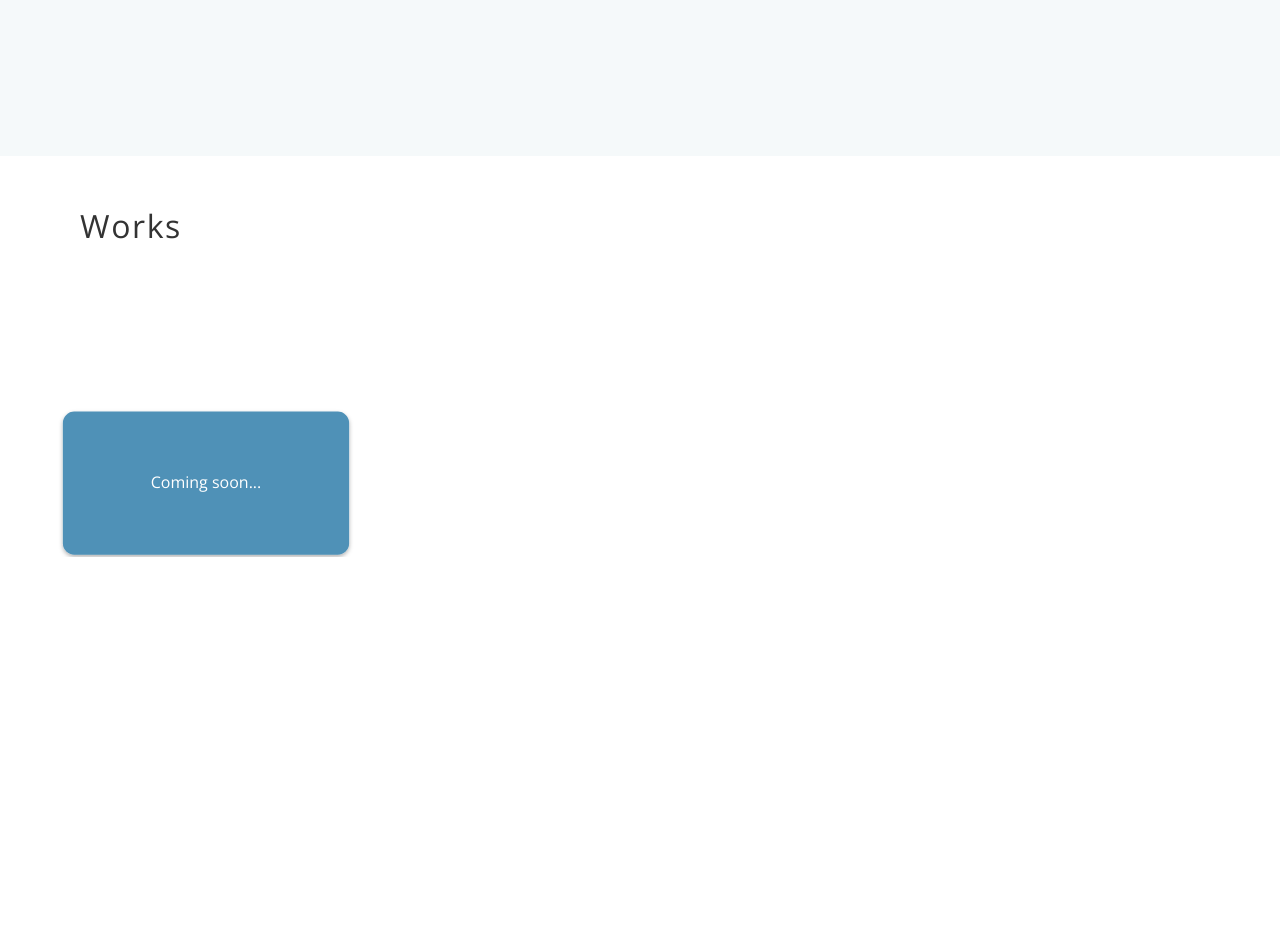
Repository: AirDepot/web
Page: index.html
The author's editor kept a copy of each file at every save. The page is drawn from the files as they stood at one save, then again after the next save.
The browser window is 1280 px wide. The pictures show the part of the page from y = 2624 to 3576 px (the page is 5442 px tall).
A picture or video elsewhere on the page could not be fetched, so the positions and the page height are approximate.

Above is the page before, as saved 2020-02-12 19:32:42.

### index.html
<!DOCTYPE html>
<html lang="ja">
    <head>
        <meta charset="UTF-8">
        <link href="https://fonts.googleapis.com/css?family=Open+Sans:100,300,400,600" rel="stylesheet" type="text/css">
        <link href="http://code.ionicframework.com/ionicons/2.0.1/css/ionicons.min.css" rel="stylesheet" type="text/css">
        <link type="text/css" rel="stylesheet" href="./assets/css/common.css">
        <title>KustomApe</title>
        <meta name=”keywords” content="Python, Web, 映像, 教材, 開発">
        <meta name=”description” content=”Pythonを使ったプロダクト開発のKustomApe。車業界、ストリート映像を軸としたプロダクトDevelopmentユニット。Web開発、データクローリング、映像・写真、プログラミングの教材開発を行っています。”>
    </head>
    <body>
        <div id="wrap">
            <div id="home">
                <header id="header">
                    <h1 id="logo"><a href="#home"><img src="./assets/img/main_logo.svg" alt="KustomApe"></a></h1>
                    <nav id="nav">
                        <ul id="navigations">
                            <li><a href="#about">About</a></li>
                            <li><a href="#products">Products</a></li>
                            <li><a href="#works">Works</a></li>
                            <li><a href="#hackers">Developers</a></li>
                            <li><a href="#contact">Contact</a></li>
                        </ul>
                    </nav>
                </header>
                <div id="header_contents">
                    <p id="ape_icon"><img src="./assets/img/ape_icon.svg" alt="Apeのアイコン画像"></p>
                    <h2 id="concept">Verbalize, makes the best Product.</h2>
                </div>
            </div>
            <div id="about">
                <h3 class="section_titles">About</h3>
                <p id="about_kustomape">KustomApe(カスタムエイプ)はWebをはじめとする車業界、ストリート映像を軸としたDevelopmentユニットです。<br />
                好きを言語化して、プロダクトにすることを得意としています。<br />
                また、自分の生き方の選択肢を広げるため、プログラミング・英語・映像を軸とした教材開発も行っています。<br />
                部品輸入・アパレル輸入・アパレルデザインなども個人に特化した形で提供しております。<br />
                詳しくはProductsをご覧ください。</p>
            </div>
            <div id="products">
                <h3 class="section_titles">Products</h3>
                <section class="box_master">
                    <p class="box">Web Development</p>
                    <p class="box">Data Analytics</p>
                    <p class="box">Street Filming/ Still Photography</p>
                    <p class="box">Education</p>
                </section>
            </div>
            <div id="works">
                <h3 class="section_titles">Works</h3>
                <section class="box_master">
                    <p class="box">Coming soon...</p>
                </section>
            </div>
            <div id="developers">
                <h3 class="section_titles">Developers</h3>
                <p id="profile_pic"><img src="./assets/img/eisuke.svg" alt="Eisukeの画像"></p>
                <div id="profile_desc">
                    <p class="about_eisuke">KustomApe Owner</p>
                    <p class="about_eisuke">Product Design Manager</p>
                    <p class="about_eisuke_bold">Eisuke Nakanishi</p>
                    <p class="about_eisuke">Nissan C35 Laurel</p>
                    <p class="about_eisuke">Python / JavaScript / HTML / CSS / Davinci Resolve Studio16</p>
                </div>
            </div>
            <div id="contact">
                <h3 class="section_titles">Contact</h3>
                <p id="kustomape_contact">お問い合わせはメール[kustomape@gmail.com]または各種SNSのDM、LINE@から受け付けております。</p>
                <section class="box_master">
                    <p class="box_bk"><a target="_blank" class="btn_item" href="https://instagram.com/kustomape">Instagram</a></p>
                    <p class="box_bk"><a target="_blank" class="btn_item" href="https://twitter.com/kustomape">Twitter</a></p>
                    <p class="box_bk"><a target="_blank" class="btn_item" href="https://lin.ee/jkdIlGU">LINE@</a></p>
                </section>
            </div>
            <footer id="footer">
                <small>Copyright &copy; 2020 KustomApe All Rights Reserved.</small>
            </footer>
        </div>
    </body>
</html>

### assets/css/common.css
/**********************************************
*** GENERAL
**********************************************/

* {
    margin: 0;
    padding: 0;
    box-sizing: border-box;
}

.clearfix::after {
    content: "";
    display: table;
    clear: both;
}

html {
    overflow: auto;
}

body {
    color: #333;
    font-family: Open Sans, Arial, Helvetica, sans-serif;
    overflow: hidden;
}

ul {
    list-style: none;
}

a {
    text-decoration: none;
}

div#wrap {
    width: 100%;
    margin-top: -3rem;
}

div#home {
    width: 100%;
    height: 1080px;
    background-image: url(../img/wrap_bg.svg);
    background-position: center top;
    background-repeat: no-repeat;
    background-size: cover;
}

header#header {
    width: 100%;
    height: 150px;
    margin-left: 5rem;
}

header#header h1#logo {
    width: 500px;
    margin-top: 3rem;
}

h1#logo img {
    margin-top: 3rem;
    width: 350px;
}

nav#nav {
    margin-top: -4rem;
}

nav#nav ul#navigations {
    display: flex;
    justify-content: center;
    align-items: center;
    list-style: none;
    margin-left: 43rem;
}

nav#nav ul#navigations li {
    padding-right: 3.5rem;
}

nav#nav ul#navigations li a {
    color: #fff;
}

div#header_contents {
    display: inline-flex;
    margin-left: 5rem;
    padding: 15rem 0;
}

div#header_contents h2#concept {
    padding: 4.5rem 1rem;
    letter-spacing: 0.1rem;
    font-weight: 100;
    font-size: 1.5rem;
}

div#header_contents p#ape_icon img {
    width: 200px;
}

h3.section_titles {
    font-size: 2rem;
    font-weight: 500;
    padding-top: 3rem;
    margin-left: 5rem;
    letter-spacing: 0.1rem;
}

div#about {
    width: 100%;
    height: 850px;
}

div#about p#about_kustomape {
    padding-top: 9rem;
    margin-left: 5rem;
    font-size: 1rem;
    letter-spacing: 0.1rem;
    line-height: 5rem;
}

div#products {
    width: 100%;
    height: 850px;
    background: #F5F9FA;
}

section.box_master {
    display: block;
    width: 1200px;
    margin: 0 auto;
    margin-top: 9rem;
}

div#works {
    width: 100%;
    height: 850px;
}

p.box {
    display: inline-block;
    background-image: url(../img/box_bg.svg);
    background-position: center top;
    background-repeat: no-repeat;
    background-size: cover;
    width: 300px;
    height: 150px;
    color: #fff;
    font-weight: 100;
    text-align: center;
    padding: 4rem 0;
    margin: 1rem;
}


div#developers {
    width: 100%;
    height: 850px;
    background: #F5F9FA;
}

p#profile_pic img {
    display: block;
    width: 300px;
    margin: 0 auto;
    margin-top: 9rem;
}

div#profile_desc {
    margin-top: 3rem;
}

p.about_eisuke {
 text-align: center;
 padding-top: 1rem;
 letter-spacing: 0.1rem;
 font-size: 1rem;
}

p.about_eisuke_bold {
 text-align: center;
 padding-top: 1rem;
 letter-spacing: 0.15rem;
 font-size: 1.3rem;
 font-weight: bold;
}

div#contact {
    width: 100%;
    height: 850px;
}

div#contact p#kustomape_contact {
    padding-top: 7rem;
    margin-left: 5rem;
    font-size: 1rem;
    letter-spacing: 0.1rem;
    line-height: 5rem;
}

p.box_bk {
    display: inline-block;
    background: url('../img/contact_bg.svg');
    background-position: center top;
    background-repeat: no-repeat;
    background-size: cover;
    width: 300px;
    height: 150px;
}

p.box_bk a.btn_item {
    display: block;
    color: #fff;
    font-weight: 100;
    text-align: center;
    margin: 1rem;
    padding: 3rem 0;
}


footer#footer {
    width: 100%;
    height: 7rem;
    background: #285E7F;
}

footer#footer small {
    display: block;
    text-align: center;
    color: #fff;
    padding: 3rem 0;
}

After the next save:
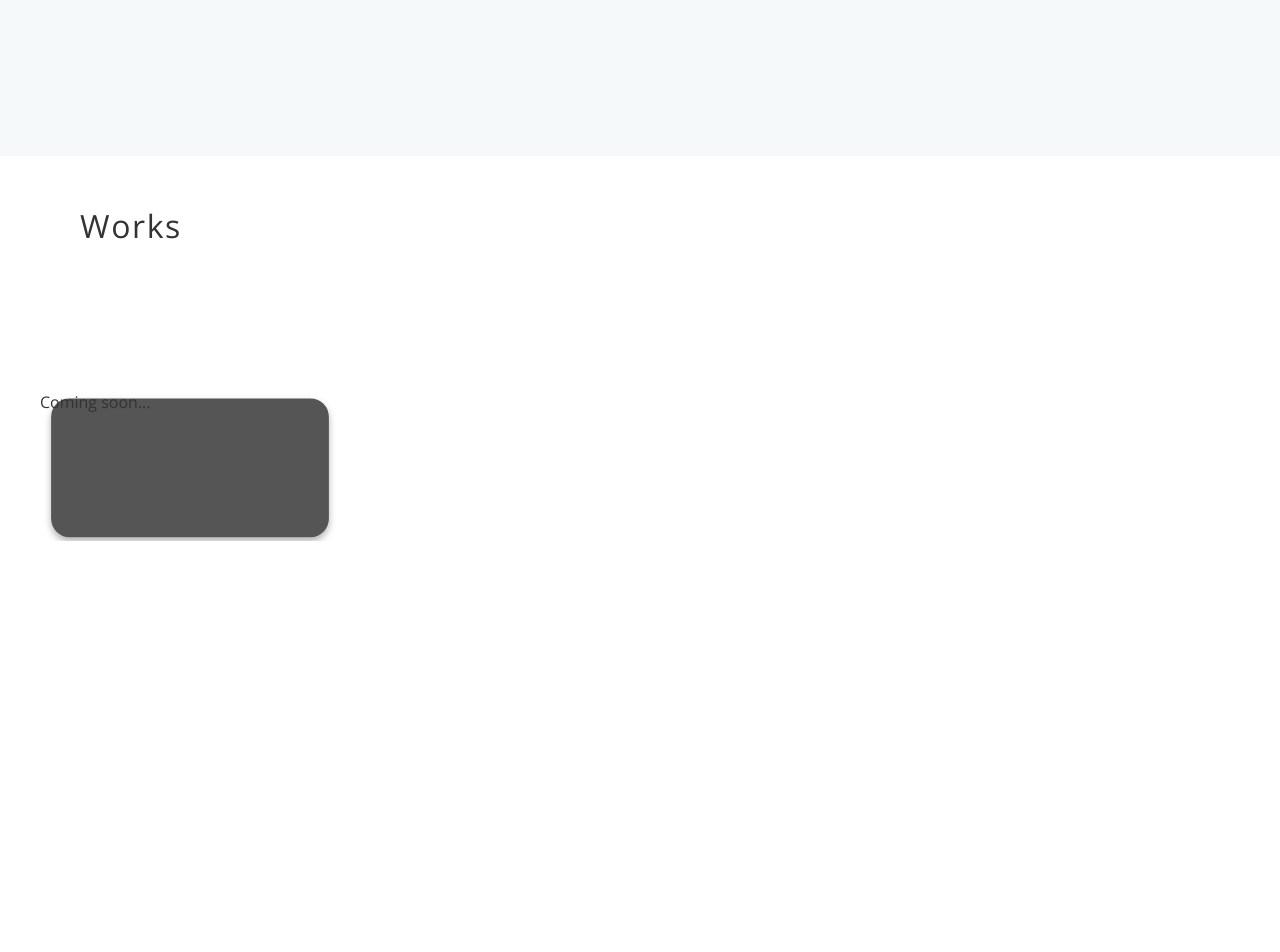
Saved 25 s later.
--- a/index.html
+++ b/index.html
@@ -49,7 +49,7 @@
             <div id="works">
                 <h3 class="section_titles">Works</h3>
                 <section class="box_master">
-                    <p class="box">Coming soon...</p>
+                    <p class="box_bk">Coming soon...</p>
                 </section>
             </div>
             <div id="developers">

After the save that followed:
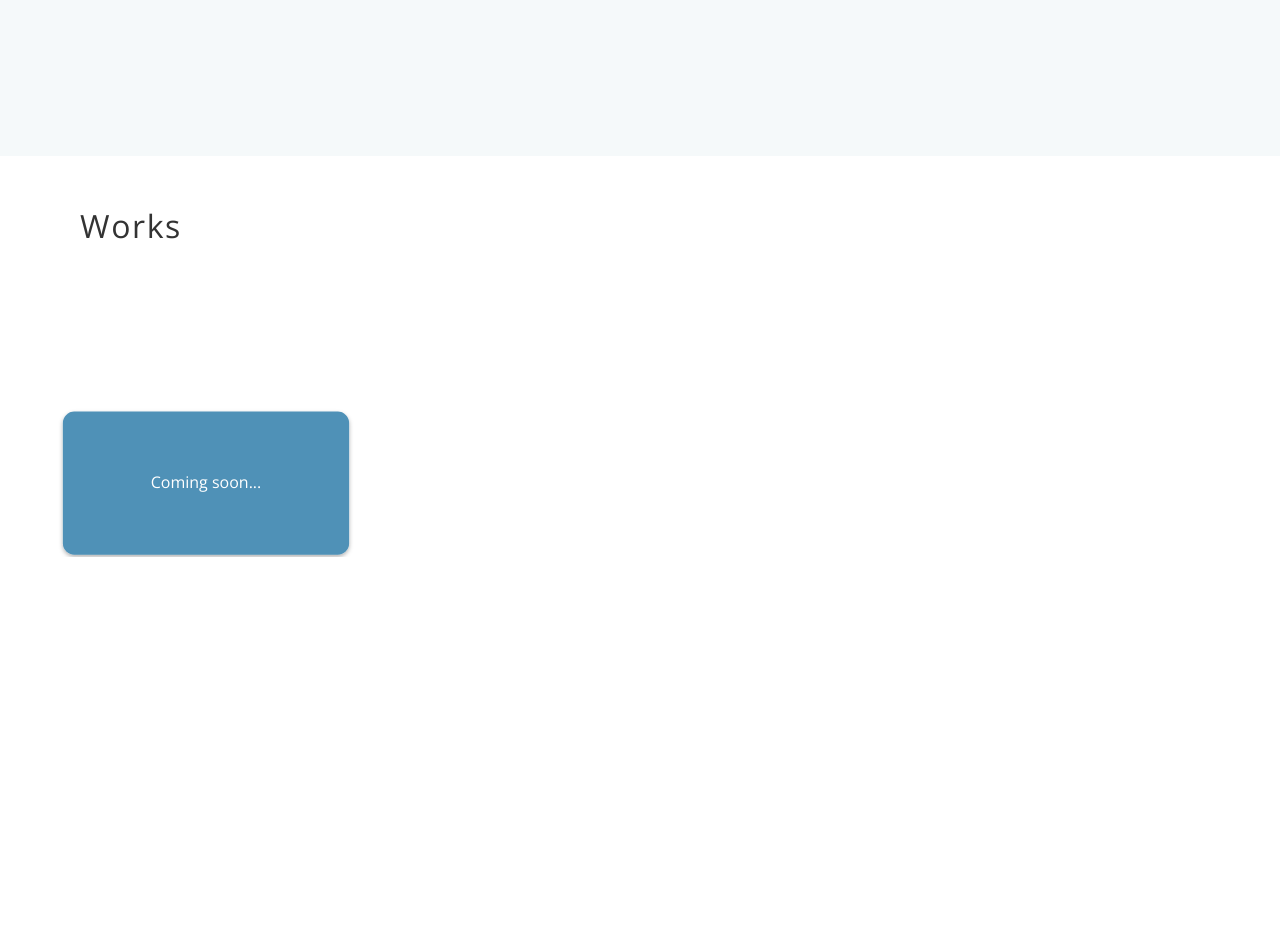
Saved 5 s later.
--- a/index.html
+++ b/index.html
@@ -49,7 +49,7 @@
             <div id="works">
                 <h3 class="section_titles">Works</h3>
                 <section class="box_master">
-                    <p class="box_bk">Coming soon...</p>
+                    <p class="box">Coming soon...</p>
                 </section>
             </div>
             <div id="developers">
